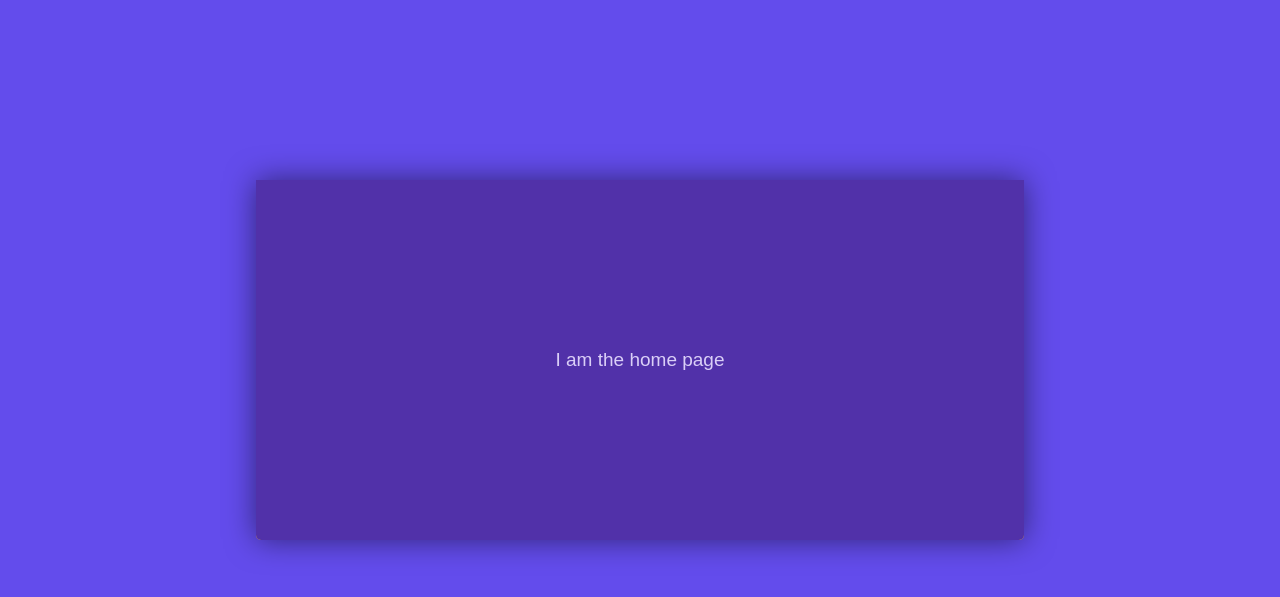
Repository: realistmccoy/browsertab
Page: /
An editor plug-in stored every save of this project. The page is shown before and after a run of saves, followed by the edit.
The browser window is 1280 px wide. The pictures show the whole page.
The project was rebuilt for these pictures with package versions that can differ from the ones it lists, and the page was loaded fresh each time. Also part of the build but not shown: src/pages/About.js, src/pages/Contact.js.

Above is the page before, as saved 2020-12-21 21:05:07.

### src/App.js
import React from 'react';
import { BrowserRouter as Router, Switch, Route, NavLink } from 'react-router-dom';
import Tab from './components/Tab';
import Home from './pages/Home'
import About from './pages/About'
import Contact from './pages/Contact'
import './App.css';

function App() {
	return (
		<Router>
			<div className='app'>
				<div className='browser'>




					<div className='viewport'>
            <Switch>

          <Route path='/about'>
          <About />
          </Route>
          <Route path='/contact'>
          <Contact />
          </Route>
          <Route path='/' exact={true}>
          <Home />
          </Route>
          </Switch>
          </div>
				</div>
			</div>


		</Router>
	);
}

export default App;

### src/pages/Home.js
import React from 'react';

function Home() {
	return <div>I am the home page</div>;
}

export default Home;

### src/App.css
* {
	box-sizing: border-box;
}

body {
	font-family: Arial, Helvetica, sans-serif;
	font-size: 19px;
	margin: 0;
	padding: 0;
}

.app {
	display: flex;
	align-items: center;
	justify-content: center;
	background: #634cec;
	min-height: 100vh;
}

.browser {
	display: flex;
	flex-direction: column;
	background: #ffb91f;
	border-radius: 5px;
	box-shadow: 0 0 30px rgba(0, 0, 0, 0.5);
	min-width: 60%;
	min-height: 50vh;
}

.tabs {
	flex-shrink: 1;
	padding-left: 10px;
	padding-right: 10px;
	display: flex;
	padding-top: 10px;

}

.tab {
	position: relative;
	background: #6e45df;
	min-width: 120px;
	font-size: 14px;
	border-top-left-radius: 8px;
	border-top-right-radius: 8px;
	transition: 0.3s ease all;
	overflow: hidden;
	cursor: pointer;
}

.tab a {
	display: block;
	padding: 12px 25px;
	color: #e1daf5;
	text-decoration: none;
}

.tab a.is-active {
	background: #5131a9;
	color: #eee;
}

.address-bar {
	background: #5533b3;
	padding: 8px;
}

.address-bar input {
	background: #3a2081;
	color: #eee;
	border-radius: 20px;
	border: none;
	outline: none;
	width: 100%;
	padding: 8px 20px;
	font-size: 18px;
}

.viewport {
	display: flex;
	align-items: center;
	justify-content: center;
	background: #5131a9;
	color: #dacff7;
	flex: 1;
	flex-grow: 1;
	border-bottom-left-radius: 5px;
	border-bottom-right-radius: 5px;
}

/**
 * Add your highlight code here
 */

.highlight {
	display: block;
	position: absolute;
	height: 80px;
	width: 50px;
	top: -10px;
	left: -330px;
	border-radius: 50%;
	transition: 0.3s, ease-in-out;
	opacity: 0.3;
	pointer-events: none;
	background: radial-gradient(rgb(134, 101, 225), rgba(194, 180, 233, 0));
}

### src/components/Tab.js
import React, { useState } from 'react';

function Tab({ children }) {
	const [highlightStyle, setHighlightStyle] = useState({
		left: 0,
		opacity: 0,
	});
	function moveHighlight(e) {
		//update highlight
		setHighlightStyle({
			left: e.nativeEvent.layerX,
		});
	}

	function hideHighlight(e) {
		setHighlightStyle({
			opacity: 0,
			left: e.nativeEvent.layerX,
		});
	}

	return (
		<div className='tab' onMouseOut={hideHighlight} onMouseMove={moveHighlight}>
			<div className='highlight' style={highlightStyle} />
			{children}
		</div>
	);
}

export default Tab;

### src/components/Header.js
import React from 'react'
import Tab from './Tab'
import {NavLink} from 'react-router-dom'

export default function Header() {
  return (
    <div className='tabs'>
           <Tab>
            <NavLink to='/'activeClass="is-active" exact={true}>Home</NavLink>
            </Tab>
            <Tab>
            <NavLink to='/about'activeClass="is-active">About</NavLink>
            </Tab>
            <Tab>
            <NavLink to='/contact'activeClass="is-active">Contact</NavLink>
            </Tab>
    </div>
  )
}

Loaded but not shown: public/index.html (common file); src/index.js (common file)

After the next 4 saves:
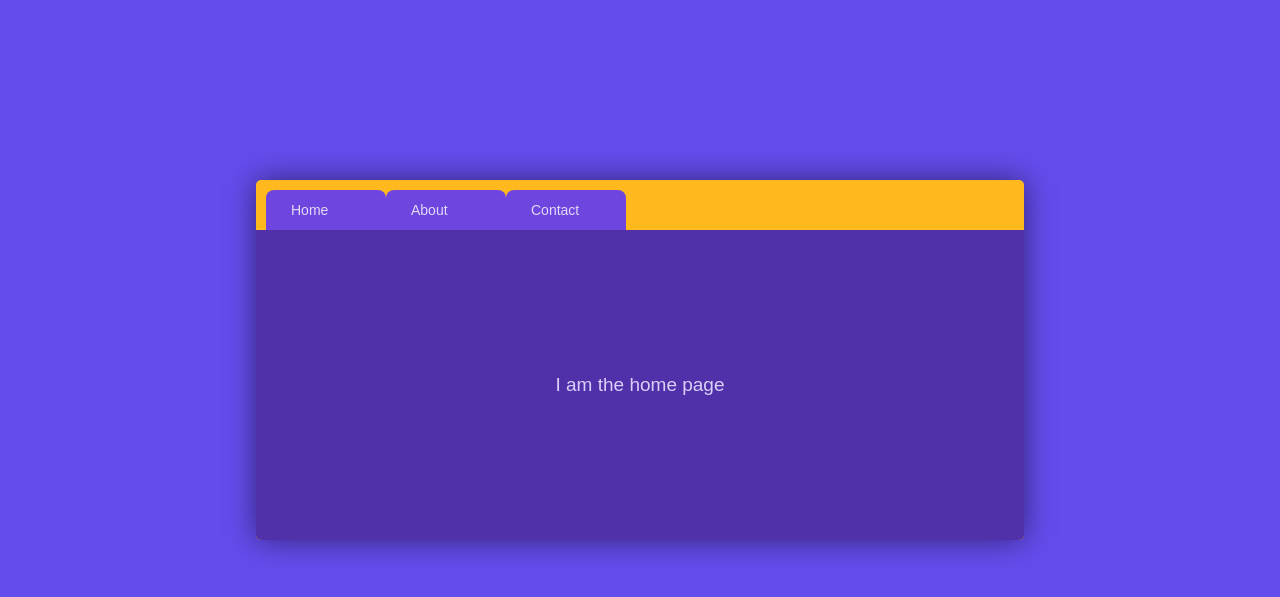
The 4 saves are shown as one change because 1 did not build or start and some came seconds apart.
The last was saved 26 s later.
--- a/src/App.js
+++ b/src/App.js
@@ -5,13 +5,14 @@ import Home from './pages/Home'
 import About from './pages/About'
 import Contact from './pages/Contact'
 import './App.css';
+import Header from './components/Header';
 
 function App() {
 	return (
 		<Router>
 			<div className='app'>
 				<div className='browser'>
-
+					<Header/>
 
 
 
